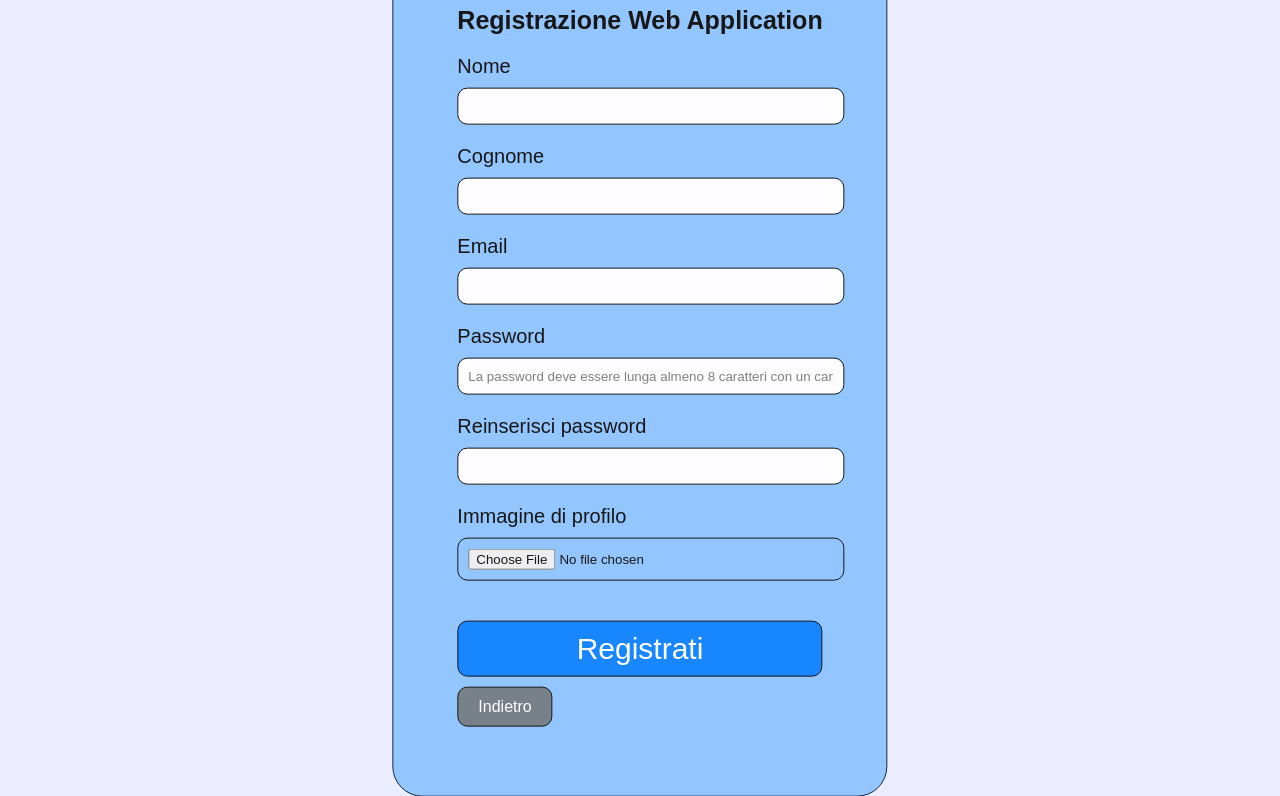
Repository: GabrielCellammare/WebApplication-SA-CyberSecurity
Page: http://localhost/WebProject-CellammareGabriel_ApplicationSecurity_/registration.jsp
These files come from the project's save history. The page is drawn as it stood at one moment and after a run of saves; the edit follows.
The browser window is 1280 px wide. The pictures show the whole page.
The page is served by Tomcat 9. Nobody is signed in. The application's start-up code is not run. Other server files are loaded and not shown.

Above is the page before, as saved 2024-03-09 08:06:36.

### WebProject-CellammareGabriel(ApplicationSecurity)/WebContent/registration.jsp
<%@ page language="java" contentType="text/html; charset=ISO-8859-1"
    pageEncoding="ISO-8859-1"%>
<!DOCTYPE html>
<html>
    <head>
        <title>Registrazione Web Application Cellammare Gabriel</title>
         <style>
         	<%@include file="/WEB-INF/css/styleRegistration.css"%>
         </style>
    </head>
    <body>
        <div class="container">
            <h1>Registrazione Web Application</h1>
            <form action="RegistrationServlet" method="post" enctype="multipart/form-data">
            	<div class="field">
                    <label for="name">Nome</label>
                    <input type="name" name="name" id="name" required>
                </div>
                <div class="field">
                    <label for="surname">Cognome</label>
                    <input type="surname" name="surname" id="surname" required>
                </div>
                <div class="field">
                    <label for="email">Email</label>
                    <input type="email" name="email" id="email" required>
                </div>
                <div class="field">
                    <label for="password">Password</label>
                    <input type="password" name="password" id="password" placeholder="La password deve essere lunga almeno 8 caratteri con un carattere speciale, un numero e una Lettera Maiuscola!"required>
                </div>
                <div class="field">
                    <label for="retype-password">Reinserisci password</label>
                    <input type="password" name="retype-password" id="retype-password" required>
                </div>
                <div class="field">
                    <label for="image">Immagine di profilo</label>
                    <input type="file" name="image" id="image">
                </div>
                <input type="submit" value="Registrati">
                <a href="index.jsp" class="btn">Indietro</a>
            </form>

        </div>
    </body>
</html>

### WebProject-CellammareGabriel(ApplicationSecurity)/WebContent/WEB-INF/css/styleRegistration.css
@charset "ISO-8859-1";
body {
  font-family: sans-serif;
  background-color: #ececff;
}

.btn {
  display: inline-block;
  padding: 10px 20px;
  margin-top: 10px;
  margin-bottom: 5px;
  background-color: #6c757d;
  color: #fff;
  border: 1px solid black;
  border-radius: 10px;
  cursor: pointer;
  text-decoration:none;
}


.container {
  margin: 0 auto;
  max-width: 80vw;
  padding: 5vw;
  background-color: #8ac1ff;
  opacity: 0.9;
  border-radius: 30px;
  border:1px solid #001328;
  position: absolute;
  top: 50%;
  left: 50%;
  transform: translate(-50%, -50%);
}



h1 {
  text-align: center;
  font-size: 25px;
  font-weight: bold;
  margin-bottom: 20px;
}


.field {
  margin-bottom: 20px;
  font-size: 20px;
}

label {
  display: block;
  margin-bottom: 10px;
}

input {
  width: 100%;
  padding: 10px;
  border: 1px solid black;
  border-radius: 10px;
}

input[type="submit"] {
  margin-top:20px;
  background-color: #007bff;
  color: #fff;
  border: 1px solid black;
  border-radius: 10px;
  font-size: 30px;
  cursor: pointer;
}

.image {
  width: 200px;
  height: 200px;
  margin-bottom: 20px;
}

After the next 2 saves:
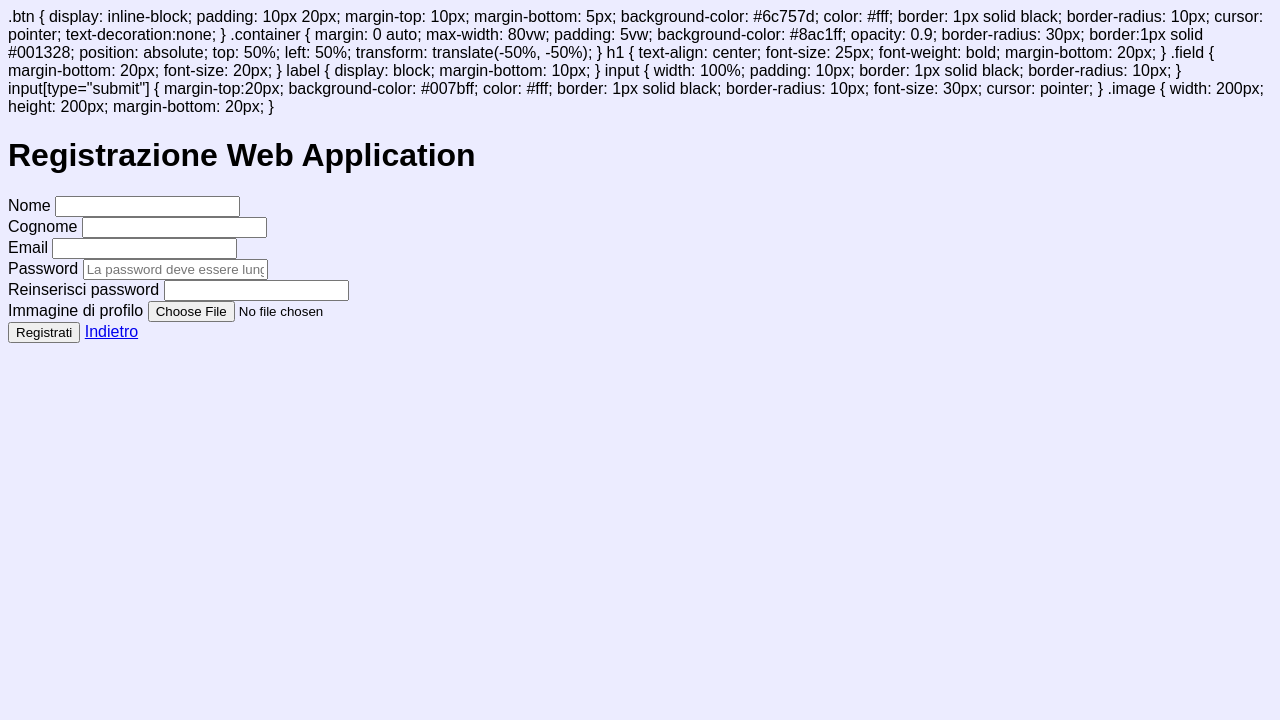
The 2 saves are shown as one change because they came seconds apart.
The last was saved 78 s later.
--- a/WebProject-CellammareGabriel(ApplicationSecurity)/WebContent/WEB-INF/css/styleRegistration.css
+++ b/WebProject-CellammareGabriel(ApplicationSecurity)/WebContent/WEB-INF/css/styleRegistration.css
@@ -3,6 +3,12 @@
   font-family: sans-serif;
   background-color: #ececff;
 }
+
+<style>
+    #password::placeholder {
+        font-size: 80%; /* Regola la dimensione del testo del placeholder */
+    }
+</style>
 
 .btn {
   display: inline-block;

After the save that followed:
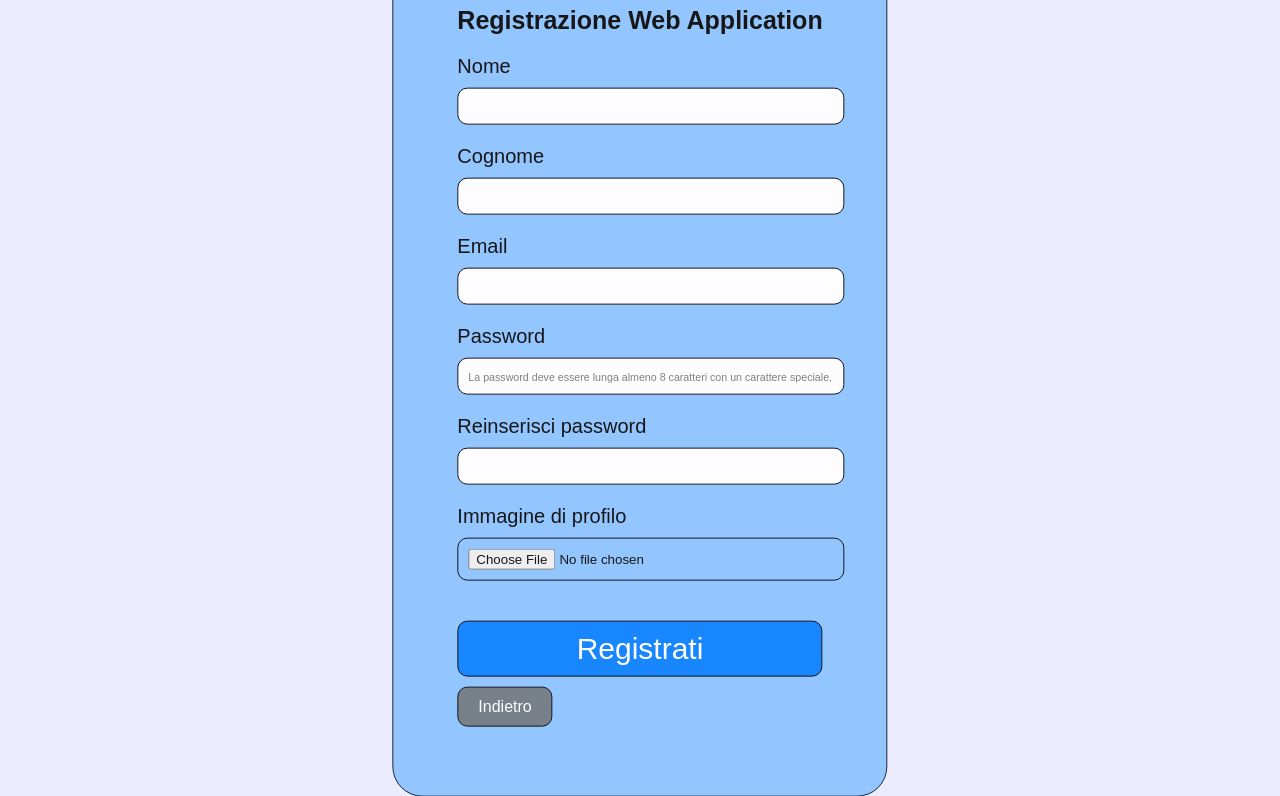
Saved 9 s later.
--- a/WebProject-CellammareGabriel(ApplicationSecurity)/WebContent/WEB-INF/css/styleRegistration.css
+++ b/WebProject-CellammareGabriel(ApplicationSecurity)/WebContent/WEB-INF/css/styleRegistration.css
@@ -4,11 +4,10 @@
   background-color: #ececff;
 }
 
-<style>
-    #password::placeholder {
+
+#password::placeholder {
         font-size: 80%; /* Regola la dimensione del testo del placeholder */
     }
-</style>
 
 .btn {
   display: inline-block;
